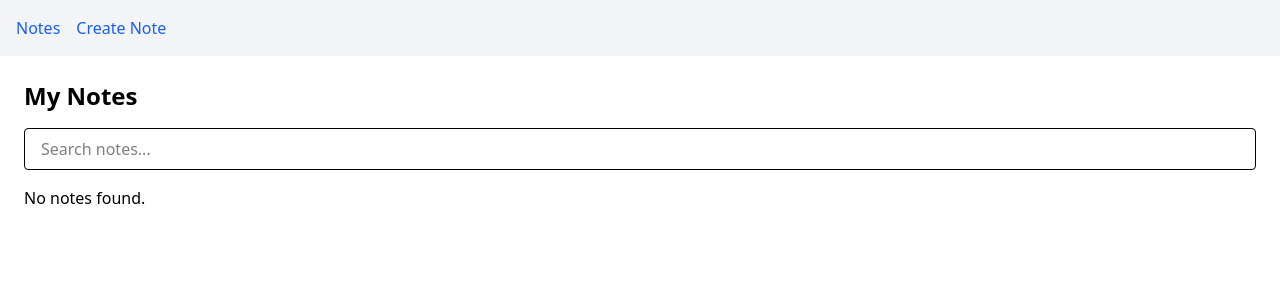
Repository: pin-seavmuy/NoteApplication
Page: / (app in note-vue/)
An editor plug-in stored every save of this project. The page is shown before and after the next save, followed by the edit.
The browser window is 1280 px wide. The pictures show the whole page.
The page's requests for data from a server got no answer. The project was rebuilt for these pictures with package versions that can differ from the ones it lists, and the page was loaded fresh each time. No one was signed in, and anything a server would have sent is missing. Also part of the build but not shown: note-vue/vite.config.ts, note-vue/src/components/CreateNote.vue.

Above is the page before, as saved 2025-09-16 07:21:28.

After the next save:
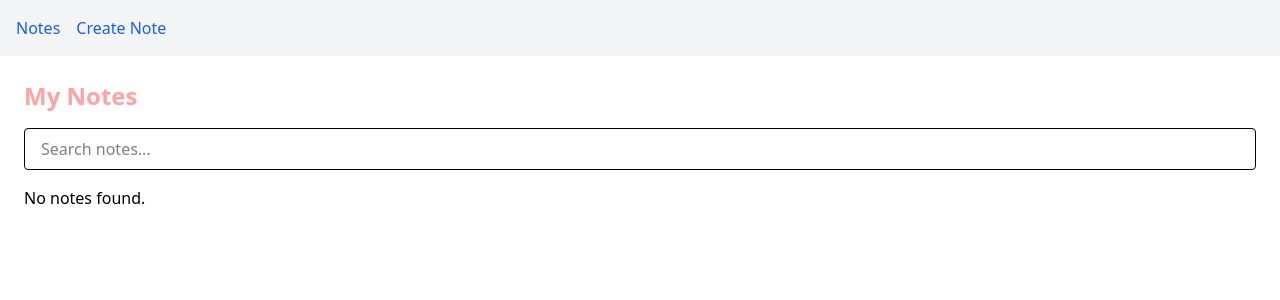
Saved 4 min 17 s later.
--- a/note-vue/src/components/NotesList.vue
+++ b/note-vue/src/components/NotesList.vue
@@ -1,6 +1,6 @@
 <template>
   <div class="p-6">
-    <h1 class="text-2xl font-bold mb-4">My Notes</h1>
+    <h1 class="text-2xl text-red-300 font-bold mb-4">My Notes</h1>
 
     <input
       v-model="search"
